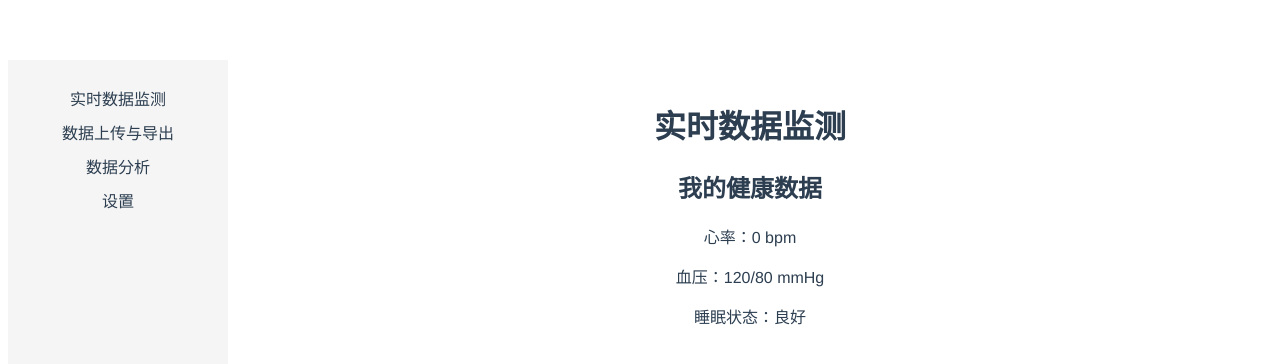
Repository: hyperion0831/The-management-of-IoT-data-sharing-based-on-blockchain
Page: / (app in Dz/frontend/)
An editor plug-in stored every save of this project. The page is shown before and after the next save, followed by the edit.
The browser window is 1280 px wide. The pictures show the whole page.
The project was rebuilt for these pictures with package versions that can differ from the ones it lists, and the page was loaded fresh each time. Also part of the build but not shown: Dz/frontend/vue.config.js, Dz/frontend/src/components/dashboard/DataUploadAndExport.vue, Dz/frontend/src/components/dashboard/DataAnalysis.vue, Dz/frontend/src/components/dashboard/AppSettings.vue.

Above is the page before, as saved 2024-11-03 20:48:41.

After the next save:
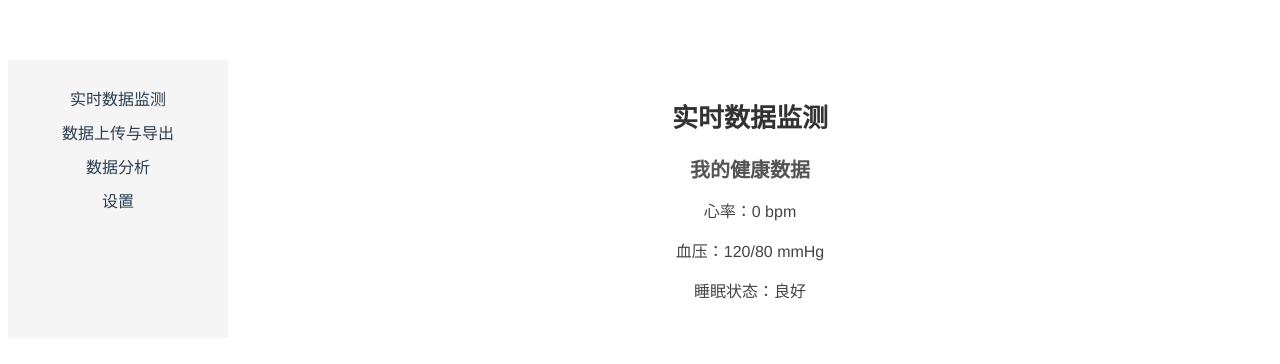
Saved 2 min 20 s later.
--- a/Dz/frontend/src/components/dashboard/RealTimeMonitoring.vue
+++ b/Dz/frontend/src/components/dashboard/RealTimeMonitoring.vue
@@ -112,3 +112,79 @@ export default {
   },
 };
 </script>
+
+<style scoped>
+h1 {
+  font-size: 26px;
+  color: #333;
+  text-align: center;
+  margin-bottom: 20px;
+}
+
+h2 {
+  font-size: 20px;
+  color: #555;
+  margin-bottom: 15px;
+}
+
+.doctor-section, .user-section {
+  background-color: #f9f9f9;
+  padding: 20px;
+  border-radius: 8px;
+  box-shadow: 0 4px 8px rgba(0, 0, 0, 0.1);
+  max-width: 600px;
+  margin: 0 auto;
+}
+
+label {
+  font-size: 16px;
+  color: #666;
+  margin-right: 10px;
+}
+
+select {
+  padding: 8px;
+  border: 1px solid #ccc;
+  border-radius: 4px;
+  font-size: 16px;
+}
+
+ul {
+  list-style-type: none;
+  padding: 0;
+  margin: 0;
+}
+
+li {
+  padding: 10px;
+  background-color: #fff;
+  border: 1px solid #ddd;
+  border-radius: 4px;
+  margin-bottom: 10px;
+}
+
+p {
+  font-size: 16px;
+  color: #444;
+  margin-top: 10px;
+}
+
+/* 特定样式，控制布局 */
+.refresh-rate, .patient-select {
+  display: flex;
+  align-items: center;
+  margin-top: 15px;
+  gap: 10px;
+}
+
+.patient-select label, .refresh-rate label {
+  font-size: 16px;
+  color: #333;
+}
+
+.user-health-data p {
+  margin: 8px 0;
+  font-size: 16px;
+  color: #444;
+}
+</style>
